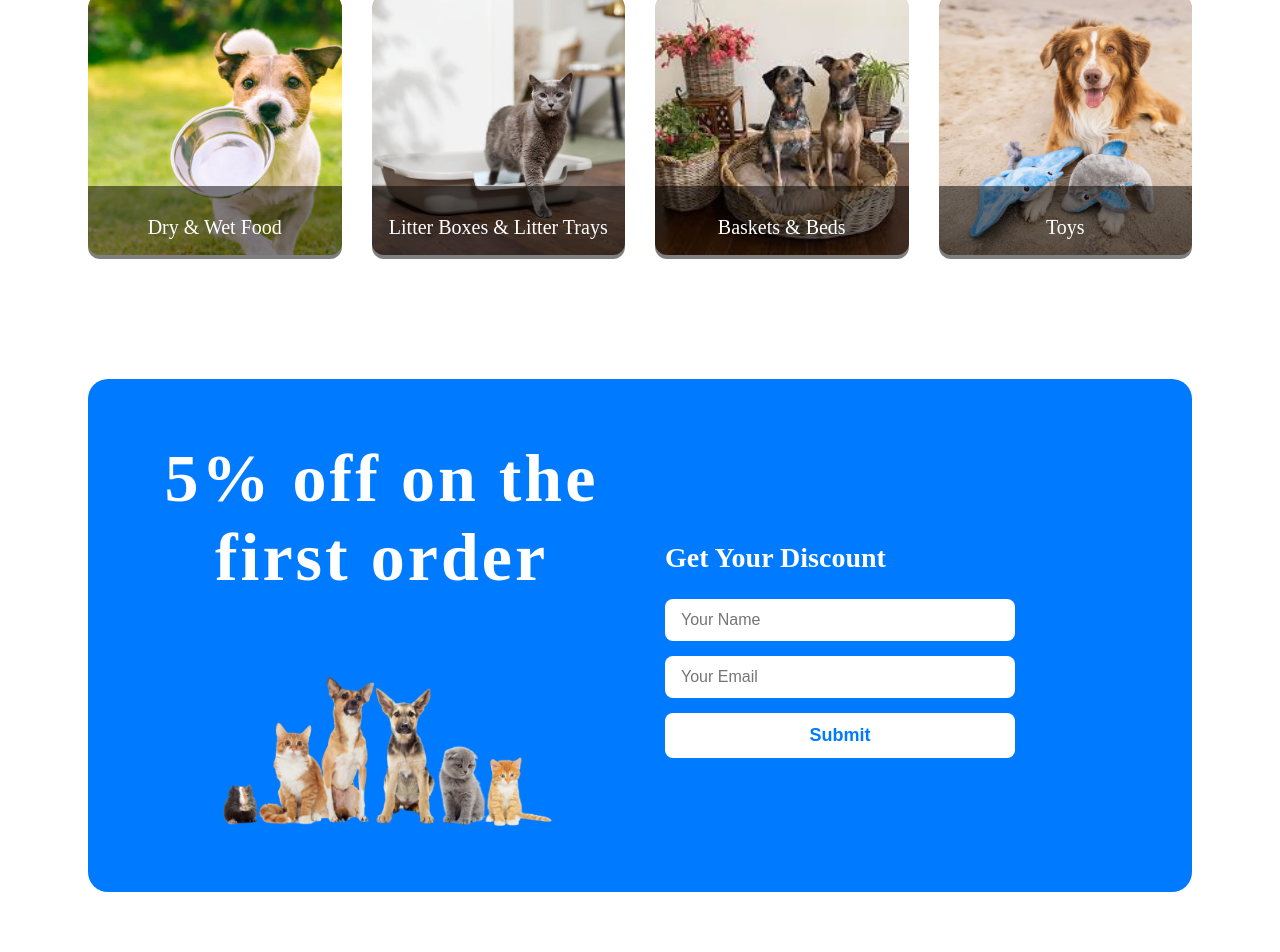
Repository: JuliiaJuliia/pet-shop-frontend
Page: / (app in pet-shop-frontend/)
The author's editor kept a copy of each file at every save. The page is drawn from the files as they stood at one save, then again after a run of saves.
The browser window is 1280 px wide. The pictures show the part of the page from y = 788 to 1740 px (the page is 1740 px tall).
The project was rebuilt for these pictures with package versions that can differ from the ones it lists, and the page was loaded fresh each time. Also part of the build but not shown: pet-shop-frontend/vite.config.js, pet-shop-frontend/src/pages/CheckoutPage.jsx, pet-shop-frontend/src/api/axios.js, pet-shop-frontend/src/components/ProductList.jsx.

Above is the page before, as saved 2025-11-06 14:29:32.

After the next 3 saves:
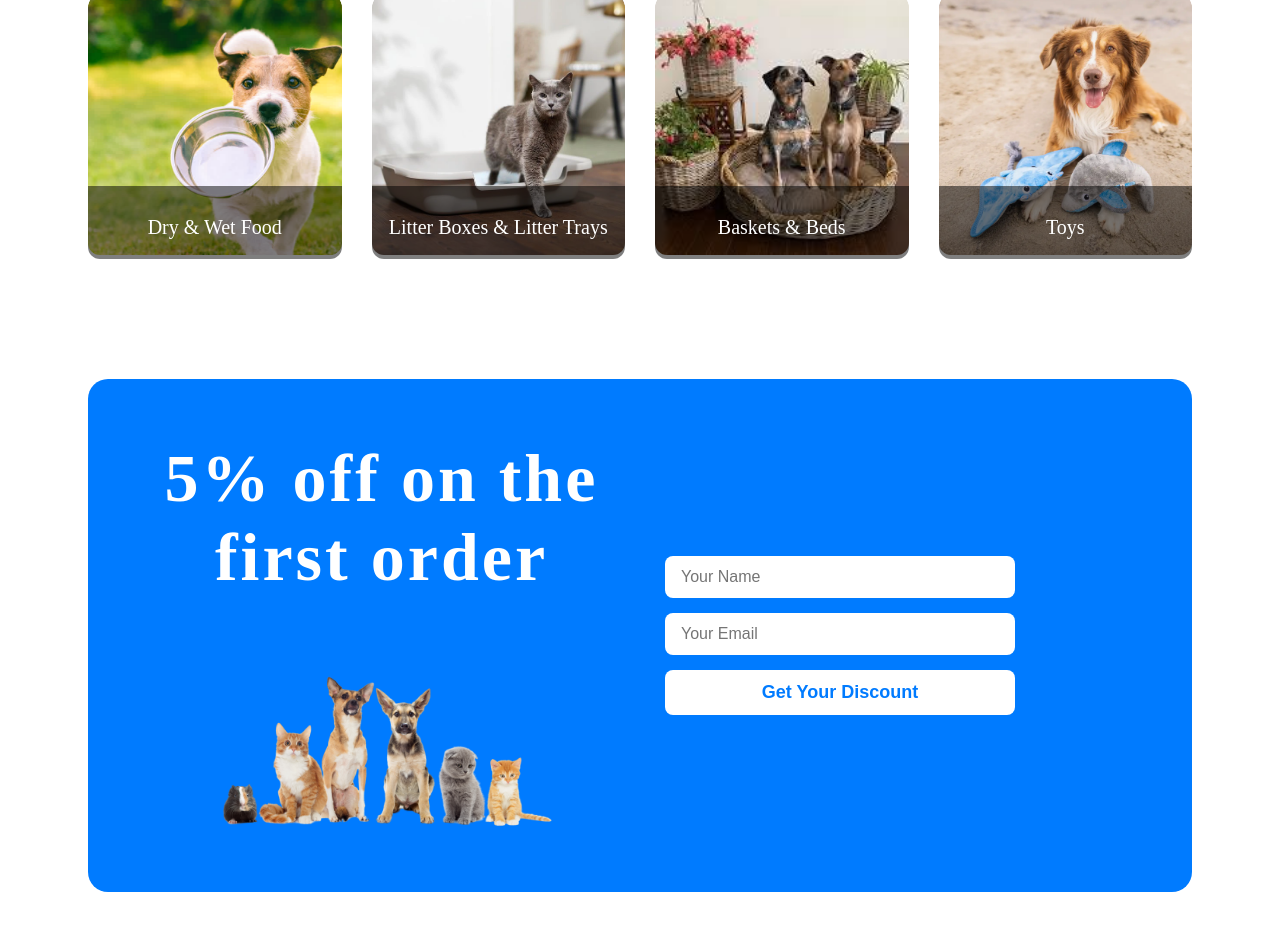
The 3 saves are shown as one change because they came seconds apart.
The last was saved 14 s later.
--- a/pet-shop-frontend/src/components/DiscountBanner.jsx
+++ b/pet-shop-frontend/src/components/DiscountBanner.jsx
@@ -11,11 +11,10 @@ const DiscountBanner = () => {
         </div>
 
         <div className="discount-banner__form">
-          <h3>Get Your Discount</h3>
           <form>
             <input type="text" placeholder="Your Name" required />
             <input type="email" placeholder="Your Email" required />
-            <button type="submit">Submit</button>
+            <button type="submit">Get Your Discount</button>
           </form>
         </div>
       </div>
